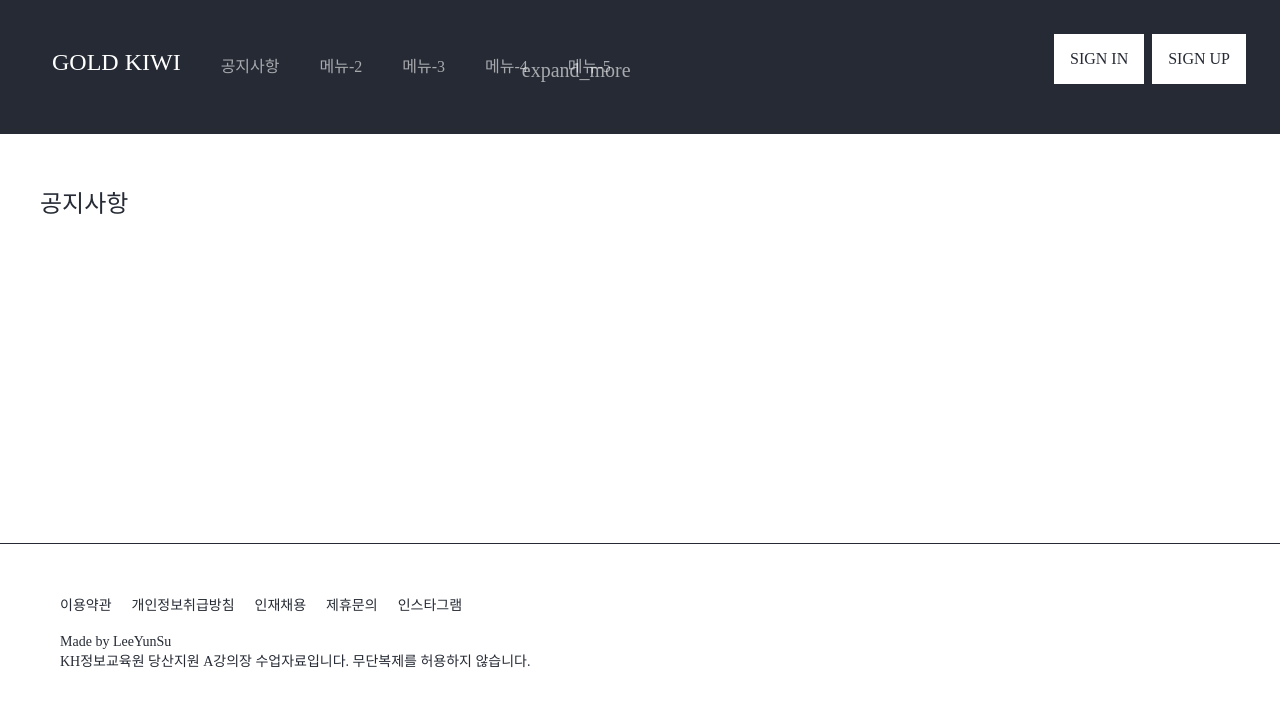
Repository: RiboKim/web-workspace
Page: http://localhost/07_mvc2WebProject/noticeList.do?requestPage=1
These files come from the project's save history. The page is drawn as it stood at one moment and after the next save; the edit follows.
The browser window is 1280 px wide. The pictures show the whole page.
Some web fonts or font styles are not loaded; a fallback is used. The page is served by Tomcat 9. Queries for data that is not in the repository find no rows.

Above is the page before, as saved 2023-02-16 08:12:17.

After the next save:
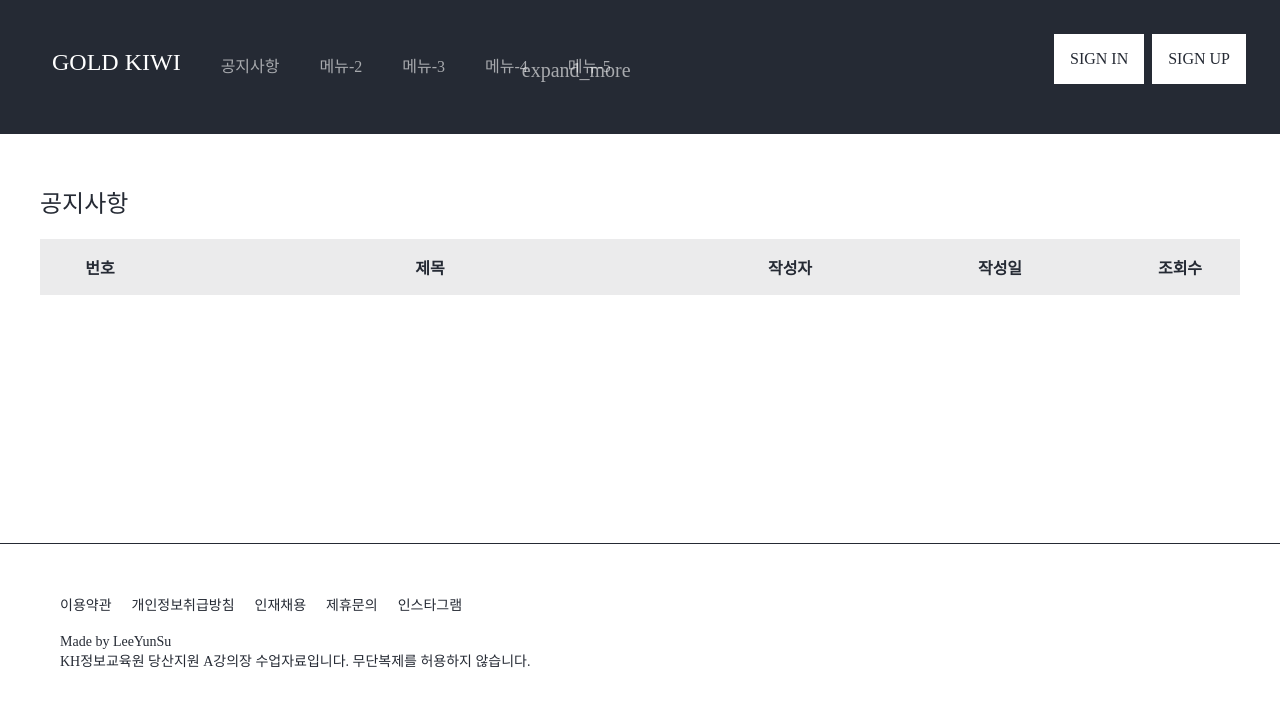
Saved 73 s later.
--- a/07_mvc2WebProject/src/main/webapp/WEB-INF/views/notice/noticeList.jsp
+++ b/07_mvc2WebProject/src/main/webapp/WEB-INF/views/notice/noticeList.jsp
@@ -18,6 +18,17 @@
 		<%if(m!=null && m.getMemberLevel() == 1) {%>
 		<a class="btn bc4 writeBtn" href="/noticeWriteFrm.do">글쓰기</a>
 		<%} %>
+
+
+		<table class="tbl tbl-hover notice-tbl">
+		<tr class="tr-2">
+			<th style="width:10%">번호</th>
+			<th style="width:45%">제목</th>
+			<th style="width:15%">작성자</th>
+			<th style="width:20%">작성일</th>
+			<th style="width:10%">조회수</th>
+		</tr>
+		</table>
 	</div>
 	<%@include file="/WEB-INF/views/common/footer.jsp" %>
 </body>
